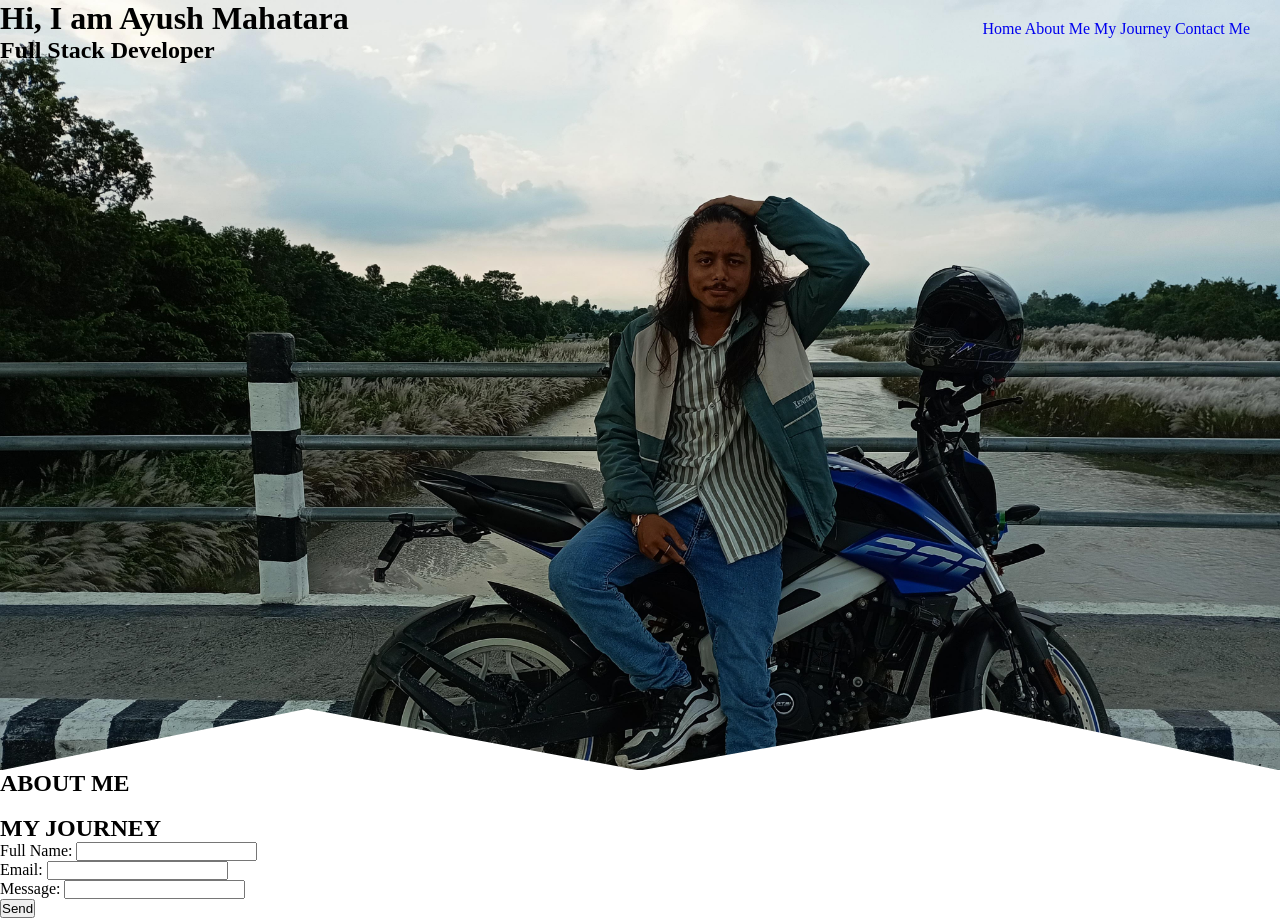
Repository: AyushMahatara/personal-website
Page: New folder/index.html
These files come from the project's save history. The page is drawn as it stood at one moment and after the next save; the edit follows.
The browser window is 1280 px wide. The pictures show the whole page.
Backgrounds fixed to the window are drawn as part of the page.

Above is the page before, as saved 2023-07-19 22:49:06.

After the next save:
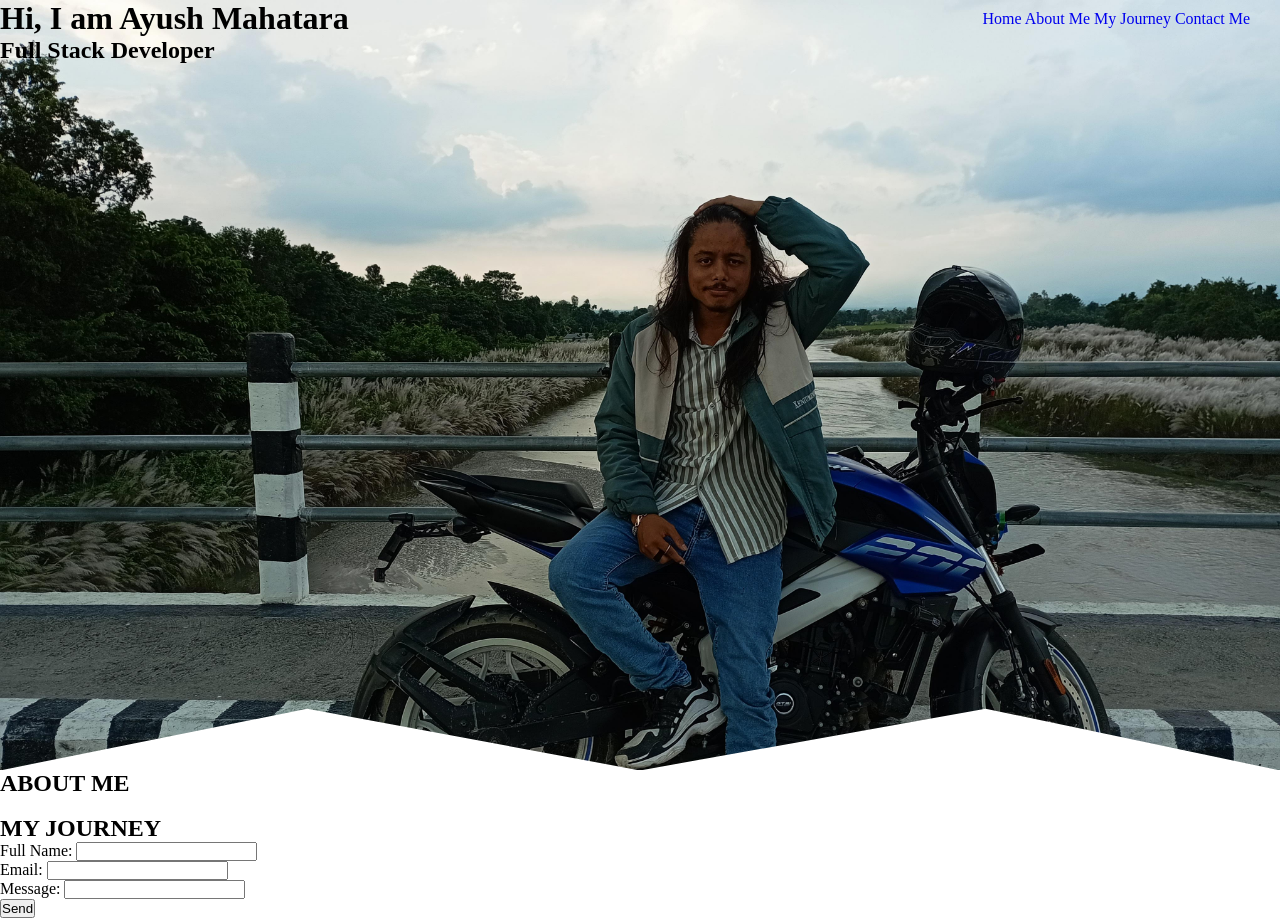
Saved 5 s later.
--- a/New folder/index.html
+++ b/New folder/index.html
@@ -37,7 +37,7 @@
     nav {
       float: right;
       padding: 10px 20px;
-      margin: 10px;
+      margin: 0 10px;
     }
   </style>
   <body>
